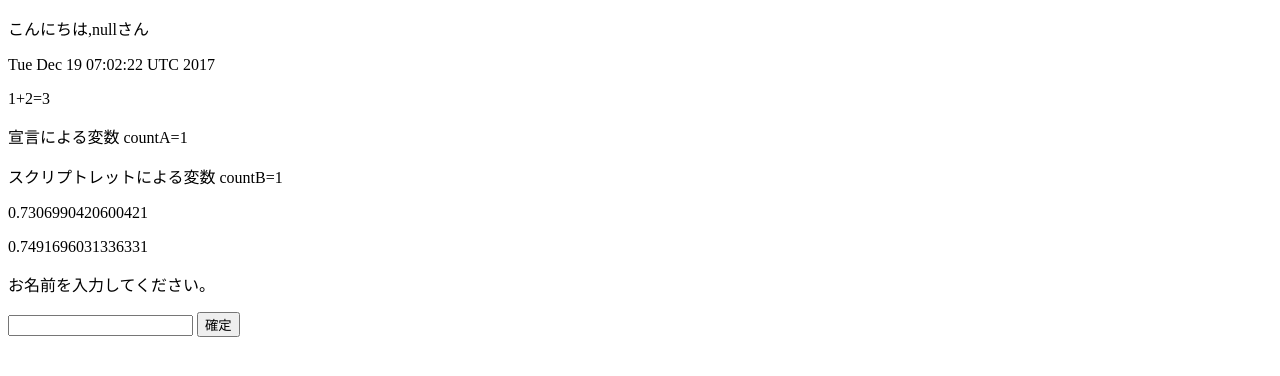
Repository: SNMAGNET/backup
Page: http://localhost/HelloJSP/
These files come from the project's save history. The page is drawn as it stood at one moment and after the next save; the edit follows.
The browser window is 1280 px wide. The pictures show the whole page.
The page is served by Tomcat 9.

Above is the page before, as saved 2017-12-20 04:02:39.

### HelloJSP/WebContent/index.jsp
<%@ page language ="java" contentType="text/html;charset=UTF-8"  pageEncoding="UTF-8"%>
<!DOCTYPE html>
<html>
  <head>
  <meta charset="utf-8">
  <title>TEST</title>
  </head>
  <body>
  <% request.setCharacterEncoding("UTF-8"); %>
  <p>こんにちは,<%=request.getParameter("user") %>さん</p>
  <% out.println(new java.util.Date()); %>

  <%! static int add(int a, int b){
	  return a+b;
  }  %>
  <p>1+2=<%= add(1,2) %></p>

  <%! static int countA=0; %>
  <%
  int countB=0;
  countA++;
  countB++;

  %>

  <p>宣言による変数 countA=<%=countA %></p>
  <p>スクリプトレットによる変数 countB=<%=countB %></p>

  <p><% out.println(Math.random()); %></p>
<p><%=Math.random() %></p>

<p>お名前を入力してください。</p>
<form method="post"
      action="greeting-out.jsp">
<input type="text"
       name="user"
       plaseholder="Enter your name">
<input type="submit"
       value="確定">
</form>

  </body>


</html>

After the next save:
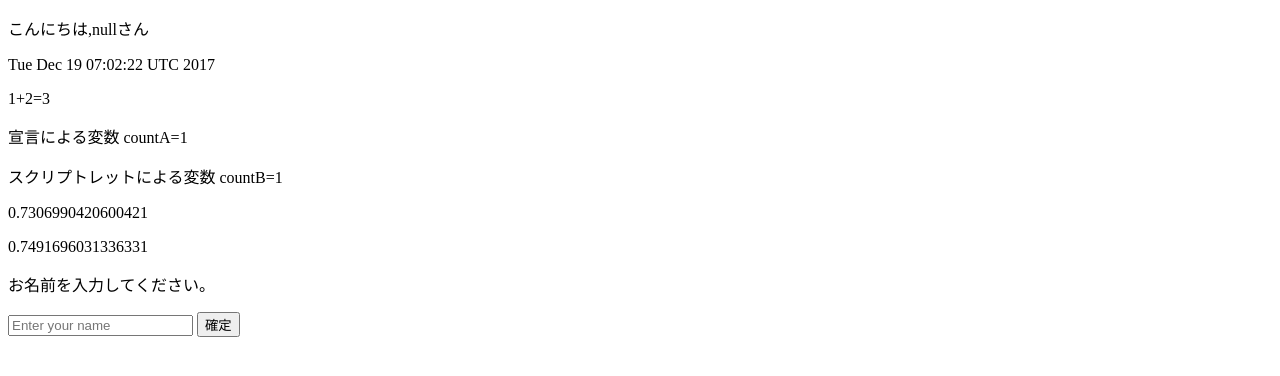
Saved 11 s later.
--- a/HelloJSP/WebContent/index.jsp
+++ b/HelloJSP/WebContent/index.jsp
@@ -34,7 +34,7 @@
       action="greeting-out.jsp">
 <input type="text"
        name="user"
-       plaseholder="Enter your name">
+       placeholder="Enter your name">
 <input type="submit"
        value="確定">
 </form>
